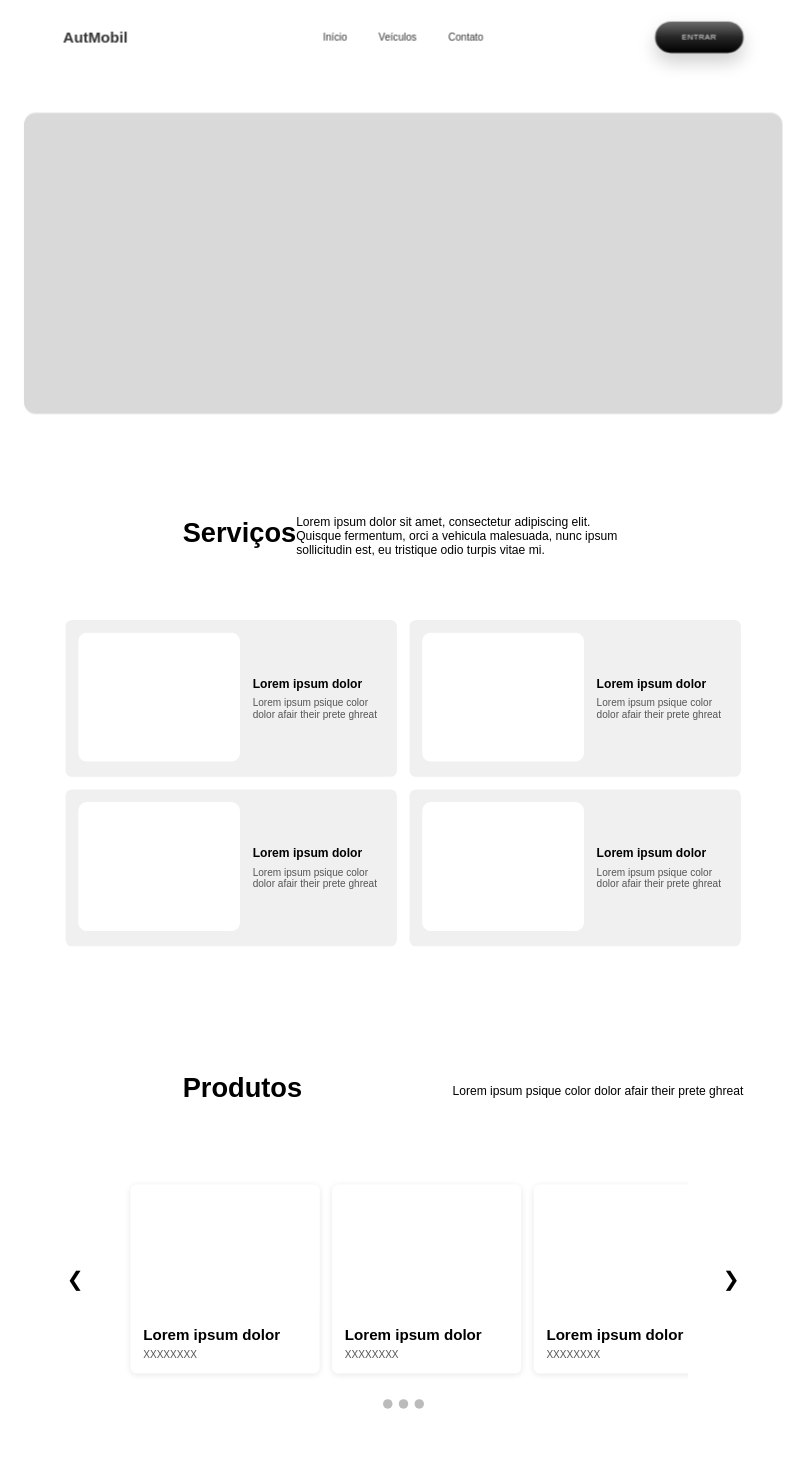
Repository: Matheus904-12/Reforma
Page: index.html
These files come from the project's save history. The page is drawn as it stood at one moment and after a run of saves; the edit follows.
The browser window is 1280 px wide. The pictures show the whole page, at 63% of full size.

Above is the page before, as saved 2024-08-01 19:43:56.

After the next 7 saves:
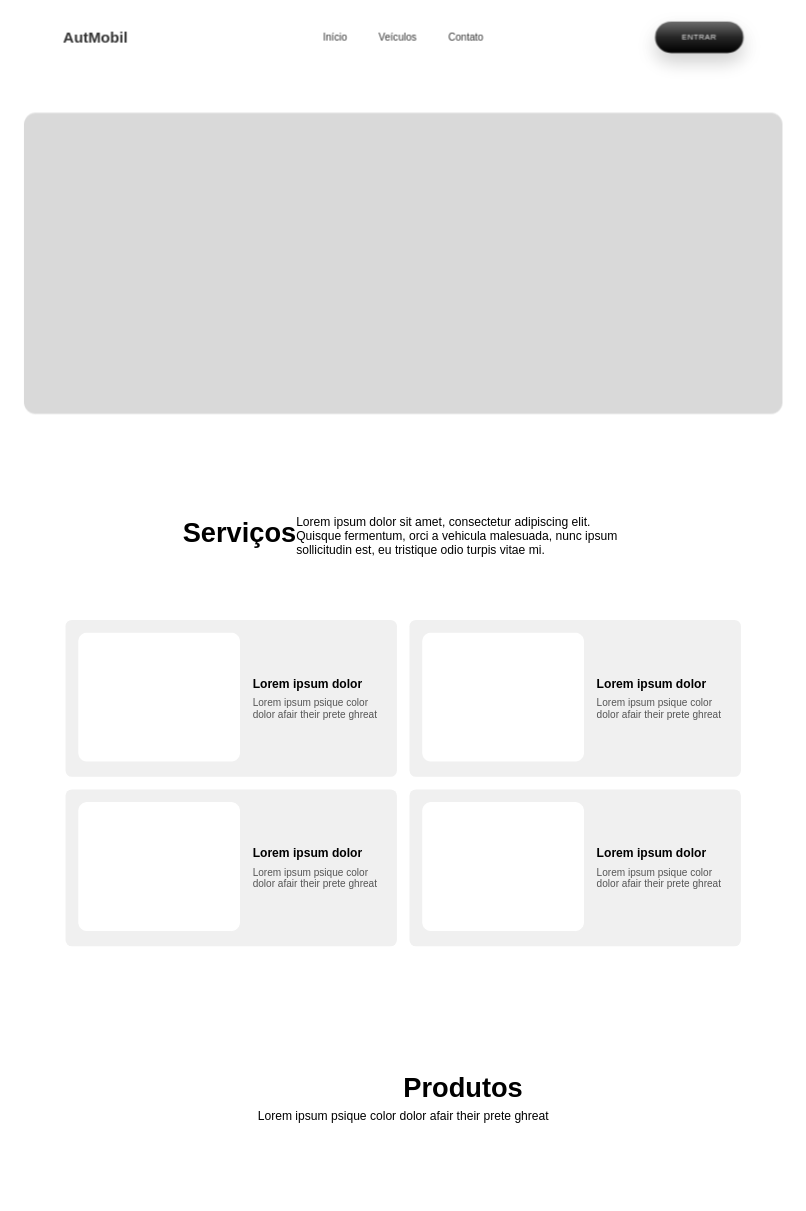
The 7 saves are shown as one change because they came seconds apart.
The last was saved 19 s later.
--- a/index.html
+++ b/index.html
@@ -61,101 +61,9 @@
         </div>
     </section>
     <section class="servicos">
-        <div class="servicos-header">
+        <div class="produtos-header">
             <h2>Produtos</h2>
             <p class="description2">Lorem ipsum psique color dolor afair their prete ghreat</p>
-        </div>
-        <div class="carrossel-container">
-            <button class="carrossel-btn left-btn">&#10094;</button>
-            <div class="carrossel">
-                <div class="produto-card">
-                    <div class="produto-image">
-                        <img src="imagens/Rectangle 9.png" alt="Produto 1">
-                    </div>
-                    <div class="produto-content">
-                        <h3>Lorem ipsum dolor</h3>
-                        <p>XXXXXXXX</p>
-                    </div>
-                </div>
-                <div class="produto-card">
-                    <div class="produto-image">
-                        <img src="imagens/Rectangle 9.png" alt="Produto 2">
-                    </div>
-                    <div class="produto-content">
-                        <h3>Lorem ipsum dolor</h3>
-                        <p>XXXXXXXX</p>
-                    </div>
-                </div>
-                <div class="produto-card">
-                    <div class="produto-image">
-                        <img src="imagens/Rectangle 9.png" alt="Produto 3">
-                    </div>
-                    <div class="produto-content">
-                        <h3>Lorem ipsum dolor</h3>
-                        <p>XXXXXXXX</p>
-                    </div>
-                </div>
-                <div class="produto-card">
-                    <div class="produto-image">
-                        <img src="imagens/Rectangle 9.png" alt="Produto 1">
-                    </div>
-                    <div class="produto-content">
-                        <h3>Lorem ipsum dolor</h3>
-                        <p>XXXXXXXX</p>
-                    </div>
-                </div>
-                <div class="produto-card">
-                    <div class="produto-image">
-                        <img src="imagens/Rectangle 9.png" alt="Produto 2">
-                    </div>
-                    <div class="produto-content">
-                        <h3>Lorem ipsum dolor</h3>
-                        <p>XXXXXXXX</p>
-                    </div>
-                </div>
-                <div class="produto-card">
-                    <div class="produto-image">
-                        <img src="imagens/Rectangle 9.png" alt="Produto 3">
-                    </div>
-                    <div class="produto-content">
-                        <h3>Lorem ipsum dolor</h3>
-                        <p>XXXXXXXX</p>
-                    </div>
-                </div>
-                <div class="produto-card">
-                    <div class="produto-image">
-                        <img src="imagens/Rectangle 9.png" alt="Produto 1">
-                    </div>
-                    <div class="produto-content">
-                        <h3>Lorem ipsum dolor</h3>
-                        <p>XXXXXXXX</p>
-                    </div>
-                </div>
-                <div class="produto-card">
-                    <div class="produto-image">
-                        <img src="imagens/Rectangle 9.png" alt="Produto 2">
-                    </div>
-                    <div class="produto-content">
-                        <h3>Lorem ipsum dolor</h3>
-                        <p>XXXXXXXX</p>
-                    </div>
-                </div>
-                <div class="produto-card">
-                    <div class="produto-image">
-                        <img src="imagens/Rectangle 9.png" alt="Produto 3">
-                    </div>
-                    <div class="produto-content">
-                        <h3>Lorem ipsum dolor</h3>
-                        <p>XXXXXXXX</p>
-                    </div>
-                </div>
-            </div>
-            <button class="carrossel-btn right-btn">&#10095;</button>
-        </div>
-        <div class="indicator">
-            <span class="dot"></span>
-            <span class="dot"></span>
-            <span class="dot"></span>
         </div>
     </section>
 </body>
